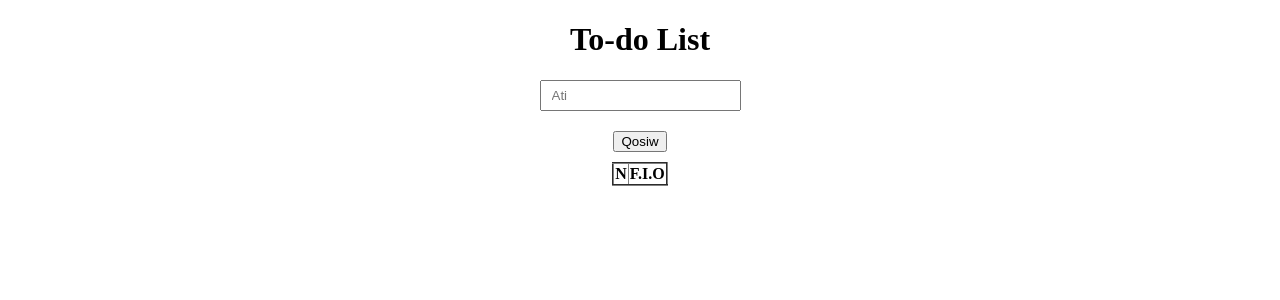
Repository: atamuratov777/my-to-do-list
Page: index.html
An editor plug-in stored every save of this project. The page is shown before and after a run of saves, followed by the edit.
The browser window is 1280 px wide. The pictures show the whole page.

Above is the page before, as saved 2026-06-16 16:20:53.
Console error: SyntaxError: Unexpected token '<'

### index.html
<!DOCTYPE html>
<html lang="en">
<head>
    <meta charset="UTF-8">
    <meta name="viewport" content="width=device-width">
    <title>Document</title>
    <link rel="stylesheet" href="./style.css">
</head>
<body>
    <h1>To-do List</h1>
    <div class="forms">
        <input type="text" placeholder="Ati">
        <button>Qosiw</button>
    </div>
    <table border="2">
        <thead>
            <th>N</th>
            <th>F.I.O</th>
        </thead>
        <tbody id="tbody">
        </tbody>
    </table>
    <script src="./script.js"></script>
</body>
</html>

### style.css
#ads{
    width: 200px;
    height: 200px;
    background-color: aqua;
}

h1{
    text-align: center;
}

.forms{
    display: flex;
    align-items: center;
    justify-content: center;
    flex-direction: column;
    gap: 20px;
}

input{
    padding: 6px 10px;
}

table{
    margin: 10px auto;
    border-collapse: collapse;
}

### script.js
let persons = []
const tbody = document.getElementById('tbody')

function namechange(event) {
    tbody.innerHTML = ""
    persons.push({
        id: 12,
        name: event.target.value
    })
    persons.forEach((person, index) => {
        tbody.innerHTML += <tr>
            <th>${index + 1}</th>
            <th>${person.name}</th>
            <th></th>
        </tr>
    })
}

function clicktrash(basil) {
    console.log(basil)
}

After the next 8 saves:
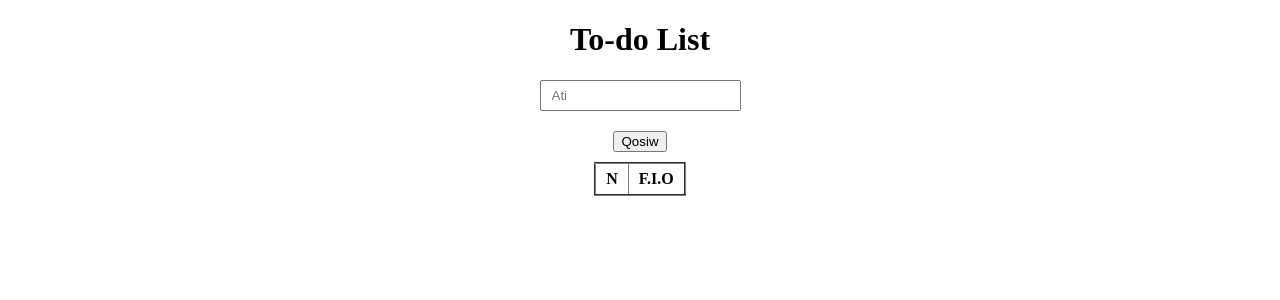
The 8 saves are shown as one change because they came seconds apart.
The last was saved 27 s later.
--- a/style.css
+++ b/style.css
@@ -24,3 +24,6 @@ table{
     margin: 10px auto;
     border-collapse: collapse;
 }
+th{
+    padding: 6px 10px;
+}
